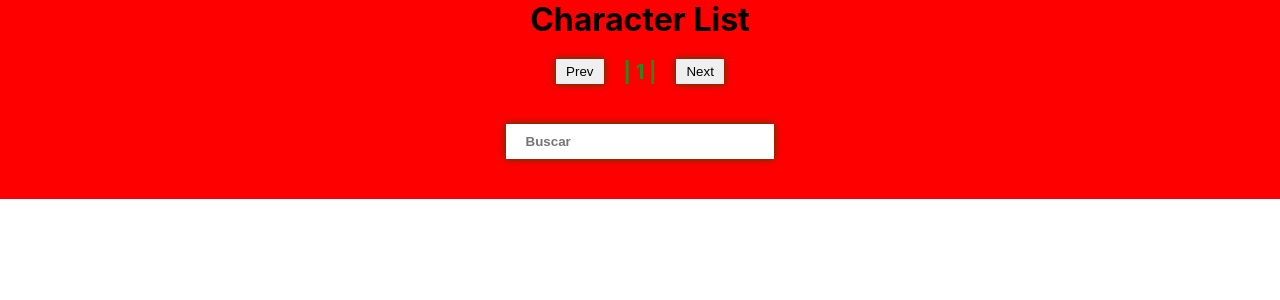
Repository: DanielVegaf/rick-and-morty-api
Page: /
An editor plug-in stored every save of this project. The page is shown before and after the next save, followed by the edit.
The browser window is 1280 px wide. The pictures show the whole page.
The page's requests for data from a server got no answer. The project was rebuilt for these pictures with package versions that can differ from the ones it lists, and the page was loaded fresh each time. No one was signed in, and anything a server would have sent is missing. Also part of the build but not shown: vite.config.js, src/components/characterDetails/CharacterDetails.jsx.

Above is the page before, as saved 2022-07-11 11:59:09.

### src/App.jsx
import { Routes, Route } from 'react-router-dom';

import './App.css'
import { CharacterDetails } from './components/characterDetails/CharacterDetails';
import { CharactersList } from './components/characterList/CharactersList';


function App() {

  return (
    <div className="App">
        <Routes>
          <Route path='/' element={<CharactersList />}/>
          <Route path='/character/:characterId' element={<CharacterDetails />}/>
        </Routes>
    </div>
  )
}

export default App

### src/App.css
*{
  margin: 0;
  padding: 0;
  box-sizing: border-box;
  text-decoration: none;
}

.App {
  display: flex;
  flex-direction: column;
  align-items: center;
  text-align: center;
  background-color: red;
}

.container{
  width: 70%;
}

.buttons{
  display: flex;
  align-items: center;
  justify-content: center;
  padding: 20px;
}

.buttons button{
  border: none;
  margin: 0 20px;
  padding: 5px 10px;
  cursor: pointer;
  transition: transform .1s ease-in-out;
  box-shadow: 0 0 7px rgb(27, 80, 2);
}
.buttons button:active {
  transform: scale(.93);
}
.page{
  color: forestgreen;
  font-weight: bold;
  font-size: 20px;
}

input{
  margin: 20px 0 40px;
  padding: 10px 20px;
  border: none;
  box-shadow: 0 0 7px rgb(27, 80, 2);
  font-weight: bold;
  outline: none;
  width: 30%;
}

.gallery{
  display: flex;
  align-items: center;
  justify-content: center;
  margin: 0 0 40px;
}

.infoImage{
  width: 300px;
  height: 300px;
  overflow: hidden;
}

.infoImage img{
  width: inherit;
  height: inherit;
  transition: transform .2s ease-in-out;
}

.infoImage img:hover{
  transition: transform .2s ease-in-out;
  transform: scale(1.1);
}


.info{
  width: 300px;
  box-shadow: 0 0 7px rgb(27, 80, 2);
  color: forestgreen;
  font-weight: bold;
  font-size: 24px;
  cursor: pointer;
}

.info:active{
  transform: scale(.99);
}

.infoName{
  padding: 20px;
}

### src/components/characterList/CharactersList.jsx
import { useState, useEffect, useRef } from 'react';
import { Link } from 'react-router-dom';

import { getAllCharacters, searchCharacter } from '../../services/api';

export function CharactersList() {

    const inputSearch = useRef(null);
    const [character, setCharacter] = useState([])
    const [page, setPage] = useState(1)
    const [search, setSearch] = useState("")

    useEffect(() => {
        getAllCharacters(page)
            .then(setCharacter)
            .catch(console.log)
    }, [page])

    const onChangePage = (next) => {
        if (!character.previous && page + next <= 0) return;
        if (!character.next && page + next >= 42) return;

        setPage(page + next)
    }

    const onTextSearch = (event) => {
        event.preventDefault();
        const text = inputSearch.current.value;
        setSearch(text);
    }

    const onSearchSubmit = (event) => {
        if (event.key !== 'Enter') return;

        inputSearch.current.value = "";
        searchCharacter(search).then(setCharacter).catch(console.log);
    }

    return (
        <>
            <h1>Character List</h1>
            <div className="container">

                <div className="buttons">
                    <button onClick={() => onChangePage(-1)}>Prev</button>
                    <p className='page'>| {page} |</p>
                    <button onClick={() => onChangePage(1)}>Next</button>
                </div>

                <input
                    ref={inputSearch}
                    type="text"
                    onChange={onTextSearch}
                    onKeyDown={onSearchSubmit}
                    placeholder="Buscar"
                />

                {
                    character?.results?.map((char, index) => {
                        return (
                            <div
                                className='gallery'
                                key={index}
                            >
                                <Link to={`/character/${char.id}`}>
                                    <div className="info">
                                        <div className="infoImage">
                                            <img src={char.image} alt="" />
                                        </div>
                                        <div className="infoName">
                                            <p>{char.name}</p>
                                        </div>
                                    </div>
                                </Link>
                            </div>
                        )
                    })
                }
            </div>
        </>
    );
};

### src/services/api.js
const BASE_URL = "https://rickandmortyapi.com/api/character";

export async function getAllCharacters(page = 1){
    try {
        const response = await fetch(`${BASE_URL}/?page=${page}`);
        const data = await response.json();
        // console.log(data);
        return data;
    } catch (error) {
        console.log(error);
    }
}

export async function searchCharacter(name){
    try {
        const response = await fetch(`${BASE_URL}/?name=${name}`)
        const data = await response.json();
        // console.log(data);
        return data;
    } catch (error) {
        console.log(error);
    }
}


export async function getSingleCharacter(id){
    try {
        const response = await fetch(`${BASE_URL}/${id}`);
        const data = await response.json();
        // console.log(data);
        return data;
    } catch (error) {
        console.log(error);
    }
}

Loaded but not shown: index.html (common file); src/main.jsx (common file); src/index.css (common file)

After the next save:
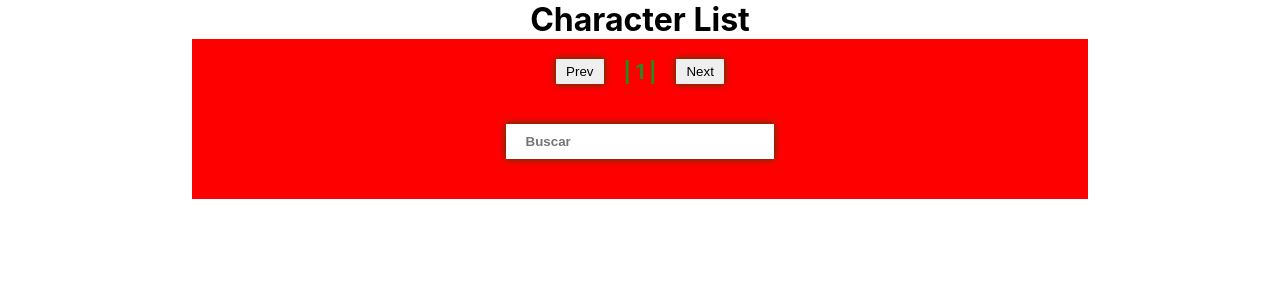
Saved 6 s later.
--- a/src/App.css
+++ b/src/App.css
@@ -10,11 +10,11 @@
   flex-direction: column;
   align-items: center;
   text-align: center;
-  background-color: red;
 }
 
 .container{
   width: 70%;
+  background-color: red;
 }
 
 .buttons{
